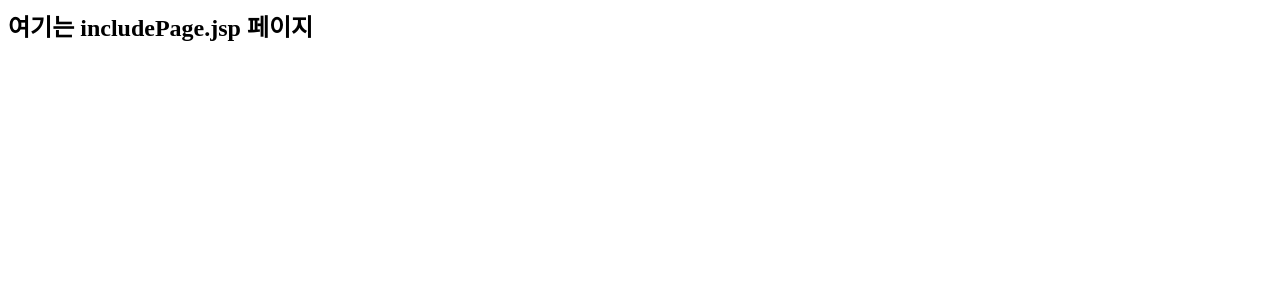
Repository: LTaeHoon/javajsp_ncs
Page: http://localhost/chap03_ActionTag/actionTag/include/includePage.jsp
The author's editor kept a copy of each file at every save. The page is drawn from the files as they stood at one save, then again after the next save.
The browser window is 1280 px wide. The pictures show the whole page.
The page is served by Tomcat 9.

Above is the page before, as saved 2017-01-17 01:11:40.

After the next save:
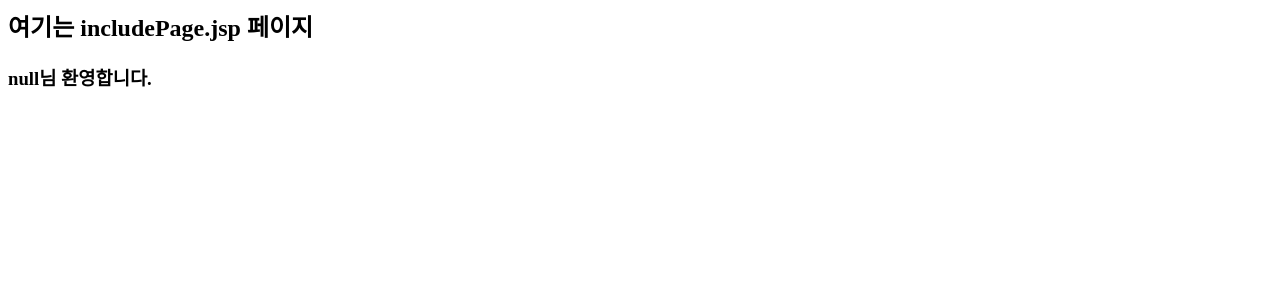
Saved 75 s later.
--- a/chap03_ActionTag/WebContent/actionTag/include/includePage.jsp
+++ b/chap03_ActionTag/WebContent/actionTag/include/includePage.jsp
@@ -3,3 +3,12 @@
 <!--  includePage.jsp  -->
 
 <h2> 여기는 includePage.jsp 페이지 </h2>
+
+<%
+	// include된 페이지에서도 처음 페이지에 파라미터 사용 가능
+	request.setCharacterEncoding("UTF-8");
+	String name = request.getParameter("name");
+
+%>
+
+<h3><%=name %>님 환영합니다.</h3>
